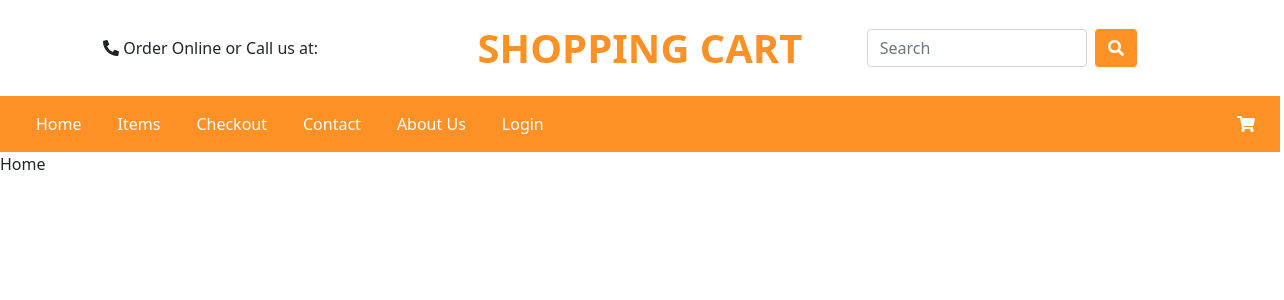
Repository: SaudCh/React-Ecommerce
Page: /
The author's editor kept a copy of each file at every save. The page is drawn from the files as they stood at one save, then again after the next save.
The browser window is 1280 px wide. The page is 1284 px wide, so the pictures cover 1284 px, including what lies to the right of the window. The pictures show the whole page.
The project was rebuilt for these pictures with package versions that can differ from the ones it lists, and the page was loaded fresh each time. Also part of the build but not shown: src/App.css.

Above is the page before, as saved 2021-12-05 13:58:53.

After the next save:
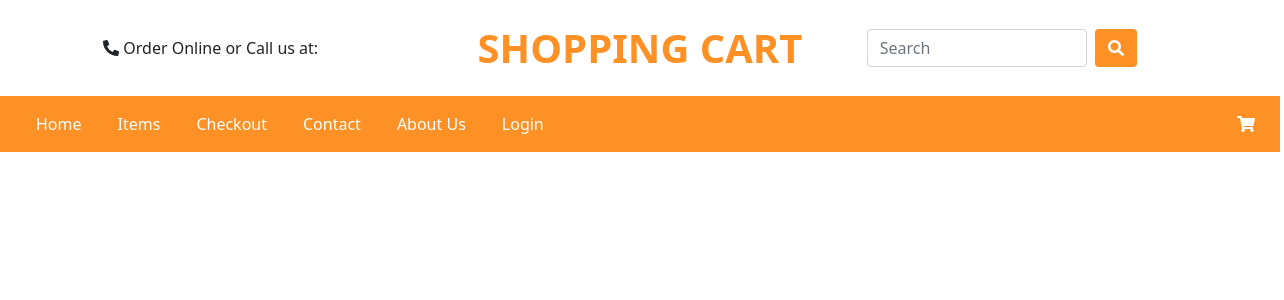
Saved 2 min 7 s later.
--- a/src/App.js
+++ b/src/App.js
@@ -2,6 +2,7 @@ import "./App.css";
 import Header from "./Header/Header";
 import "../node_modules/bootstrap/dist/css/bootstrap.min.css";
 import "../node_modules/bootstrap/dist/js/bootstrap.bundle.min";
+import Home from "./Home/home.jsx";
 import { BrowserRouter, Switch, Route } from "react-router-dom";
 
 function App() {
@@ -10,7 +11,7 @@ function App() {
       <Header />
       <Switch>
         <Route path="/" exact>
-          <div>Home</div>
+          <Home />
         </Route>
       </Switch>
     </BrowserRouter>
